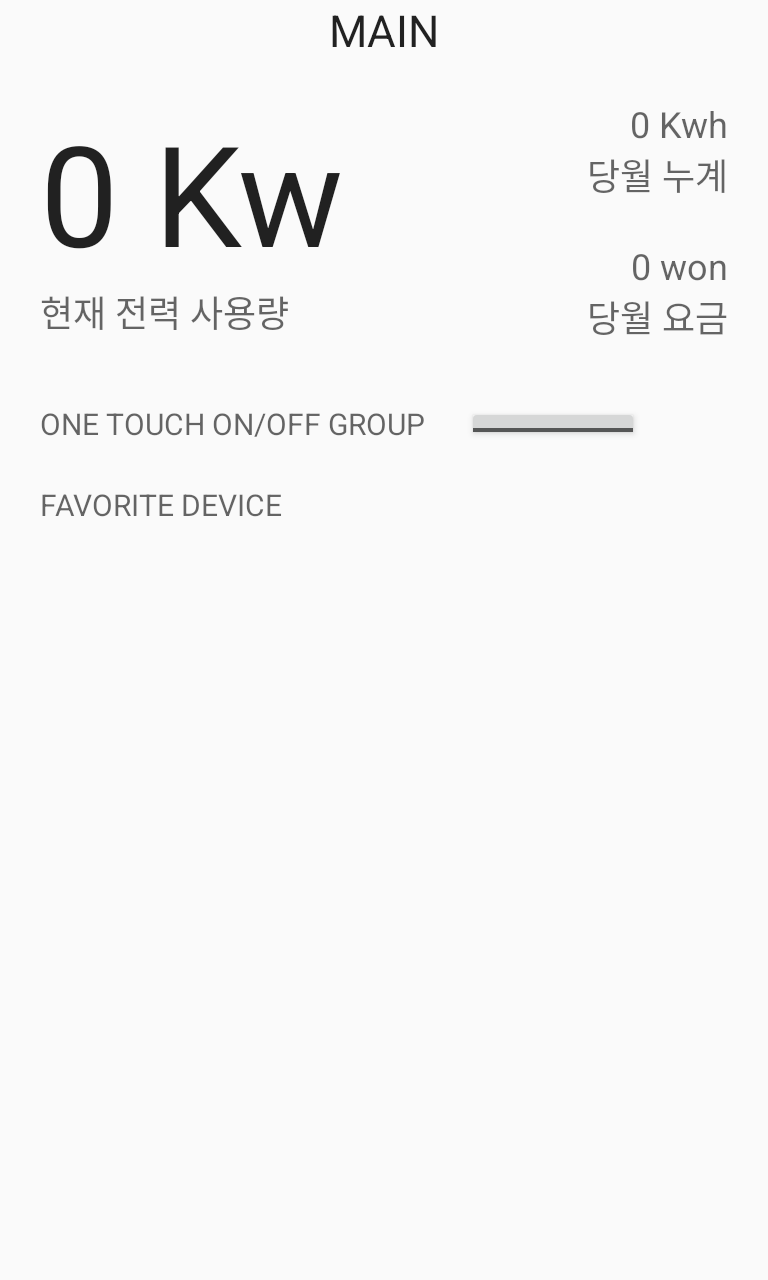
Repository: Hohohohoho/Electree
Layout: Copy of Electree/res/layout/fragment1_home.xml
An editor plug-in stored every save of this project. The layout is shown before and after the next save, followed by the edit.
It is drawn on a 768 x 1280 px phone screen (xhdpi) without system bars, with theme AppTheme; the app's code is not run. Lists and similar views that code fills are empty.

Above is the layout before, as saved 2014-11-30 08:11:16.

After the next save:
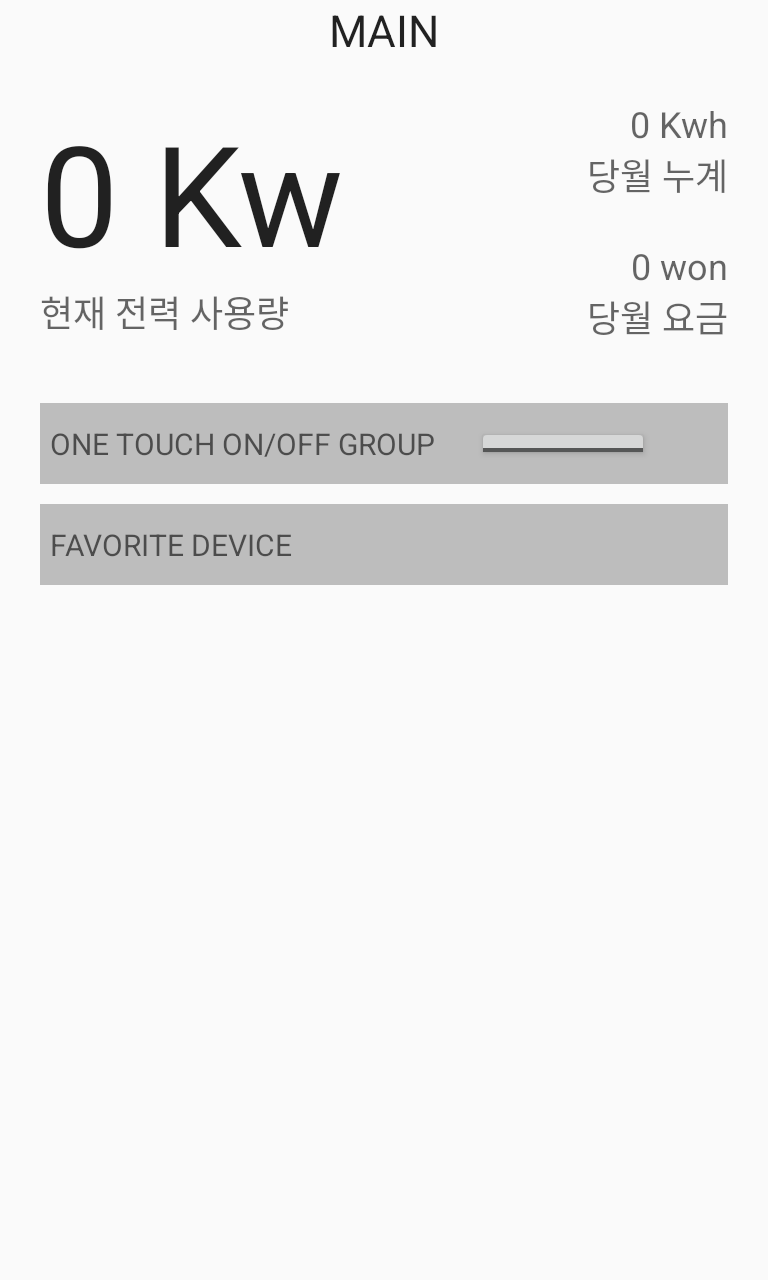
Saved 2 min 11 s later.
--- a/Copy of Electree/res/layout/fragment1_home.xml
+++ b/Copy of Electree/res/layout/fragment1_home.xml
@@ -95,8 +95,12 @@
                 android:layout_height="wrap_content"
                 android:layout_marginLeft="20dp"
                 android:layout_marginRight="20dp"
+                android:layout_marginTop="10dp"
+                android:background="#BDBDBD"
                 android:gravity="center_vertical"
                 android:paddingBottom="10dp"
+                android:paddingLeft="5dp"
+                android:paddingRight="5dp"
                 android:paddingTop="10dp"
                 android:visibility="visible" >
 
@@ -135,7 +139,11 @@
                 android:layout_height="wrap_content"
                 android:layout_marginLeft="20dp"
                 android:layout_marginRight="20dp"
+                android:layout_marginTop="10dp"
+                android:background="#BDBDBD"
                 android:paddingBottom="10dp"
+                android:paddingLeft="5dp"
+                android:paddingRight="5dp"
                 android:paddingTop="10dp"
                 android:text="FAVORITE DEVICE"
                 android:textAppearance="?android:attr/textAppearanceMedium"
